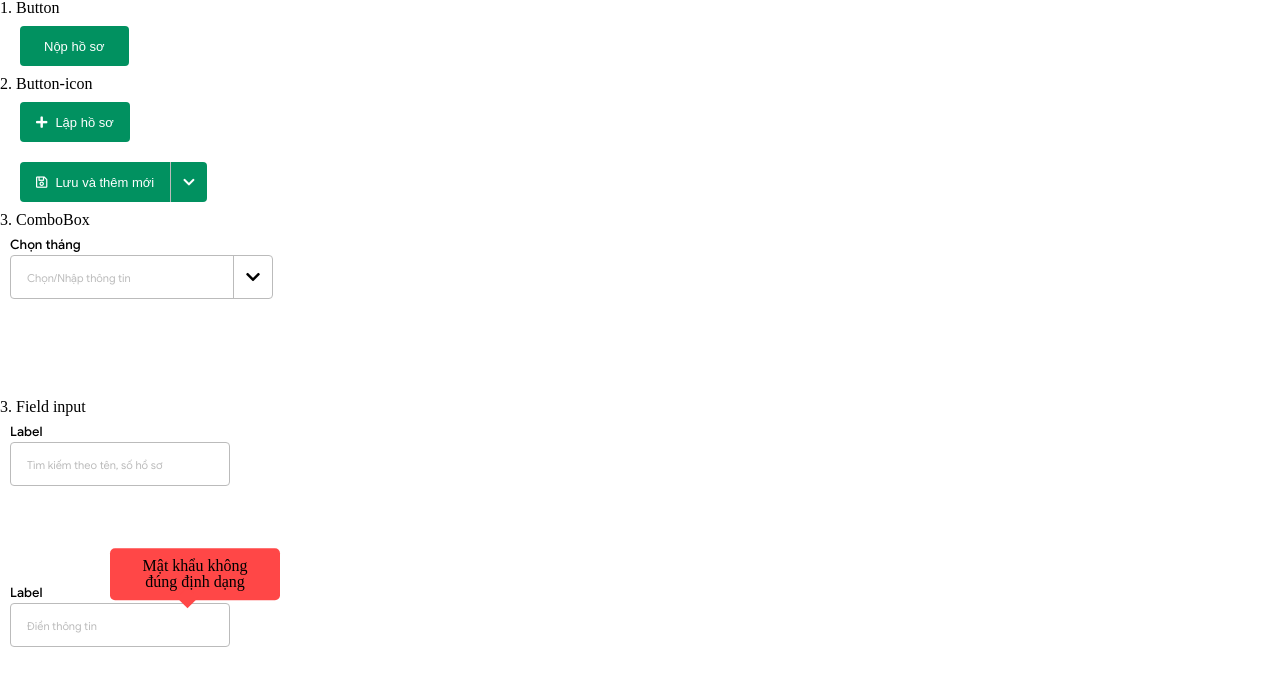
Repository: DAOVANLOI2K1/cukcuk_employeeGrid
Page: Page/index.html
The author's editor kept a copy of each file at every save. The page is drawn from the files as they stood at one save, then again after the next save.
The browser window is 1280 px wide. The pictures show the whole page.

Above is the page before, as saved 2022-06-28 09:58:17.

After the next save:
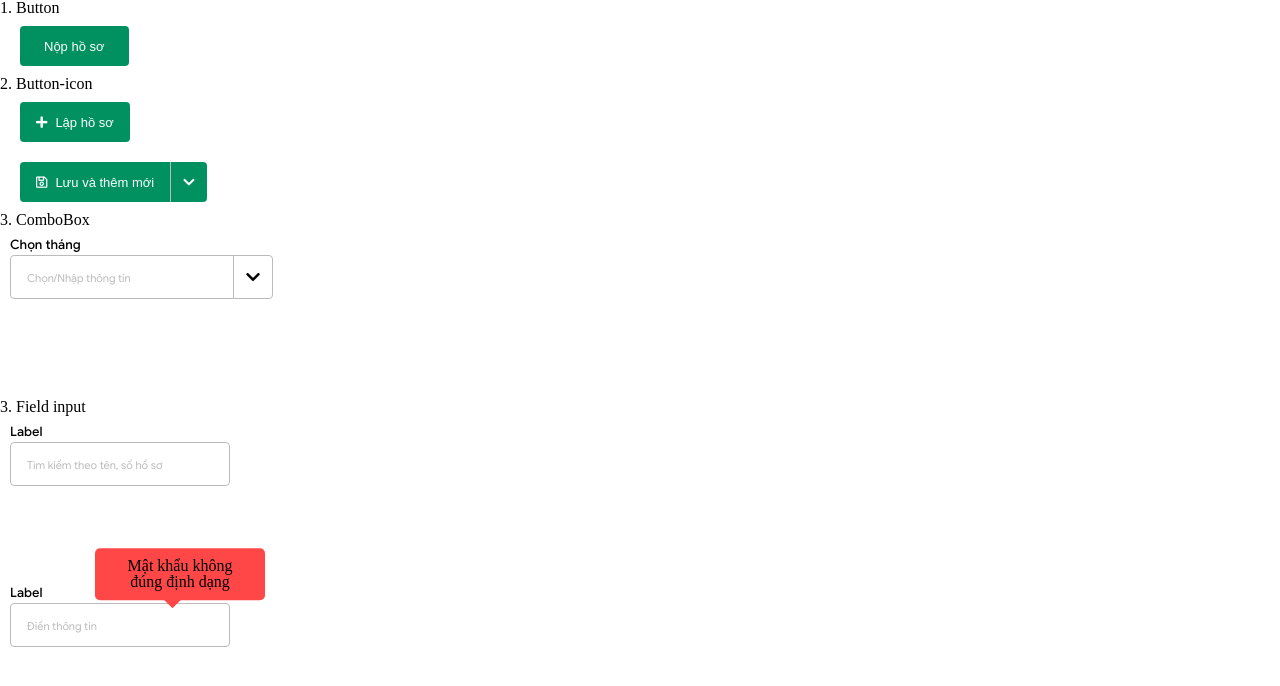
Saved 11 s later.
--- a/css/common/fieldInput.css
+++ b/css/common/fieldInput.css
@@ -5,7 +5,7 @@
     text-align: center;
     border-radius: 5px;
     position: relative;
-    transform: translate(100px, -190%);
+    transform: translate(50%, -190%);
 }
 
 .error_box::before {
